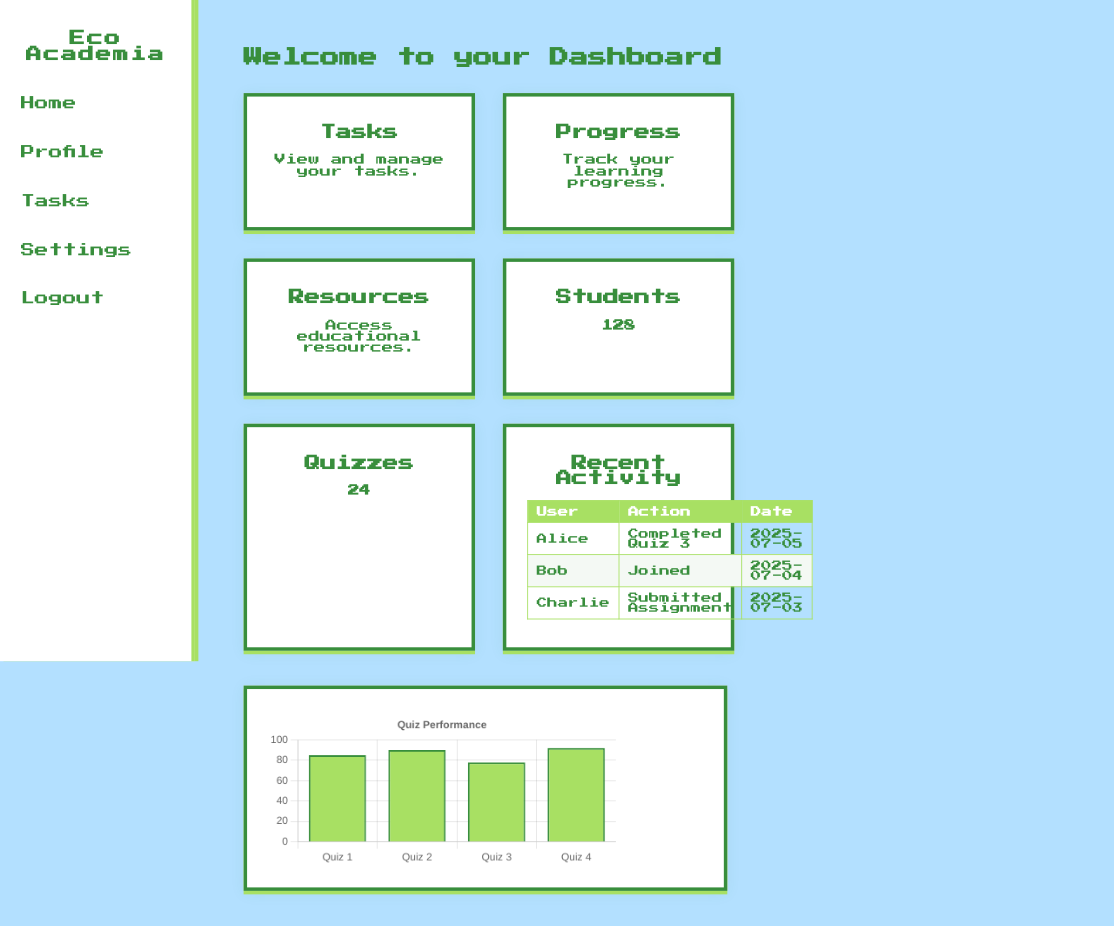
Repository: hotaruhshs/eco-academia
Page: admin/dashboard.html
The author's editor kept a copy of each file at every save. The page is drawn from the files as they stood at one save, then again after the next save.
The browser window is 1280 px wide. The pictures show the whole page, at 87% of full size.

Above is the page before, as saved 2025-07-06 01:40:45.

After the next save:
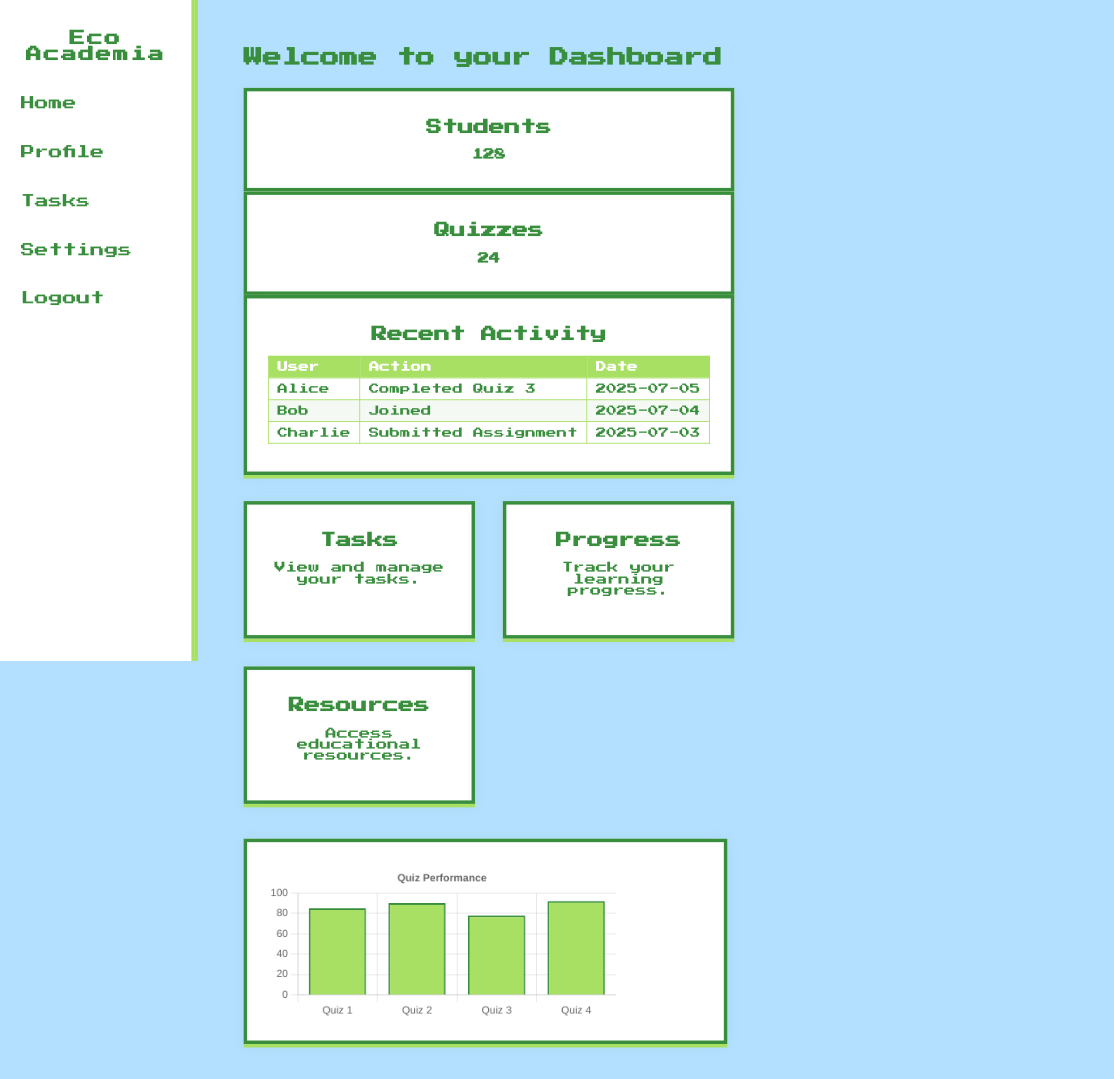
Saved 116 s later.
--- a/admin/dashboard.html
+++ b/admin/dashboard.html
@@ -23,19 +23,7 @@
     </div>
     <div class="main-content">
       <h1>Welcome to your Dashboard</h1>
-      <div class="cards">
-        <div class="card">
-          <h3>Tasks</h3>
-          <p>View and manage your tasks.</p>
-        </div>
-        <div class="card">
-          <h3>Progress</h3>
-          <p>Track your learning progress.</p>
-        </div>
-        <div class="card">
-          <h3>Resources</h3>
-          <p>Access educational resources.</p>
-        </div>
+      <div class="metrics-cards">
         <div class="card metric-card">
           <h3>Students</h3>
           <p class="metric-value">128</p>
@@ -74,6 +62,20 @@
           </table>
         </div>
       </div>
+      <div class="cards">
+        <div class="card">
+          <h3>Tasks</h3>
+          <p>View and manage your tasks.</p>
+        </div>
+        <div class="card">
+          <h3>Progress</h3>
+          <p>Track your learning progress.</p>
+        </div>
+        <div class="card">
+          <h3>Resources</h3>
+          <p>Access educational resources.</p>
+        </div>
+      </div>
       <div class="charts-section">
         <canvas id="progressChart" width="400" height="180"></canvas>
       </div>
